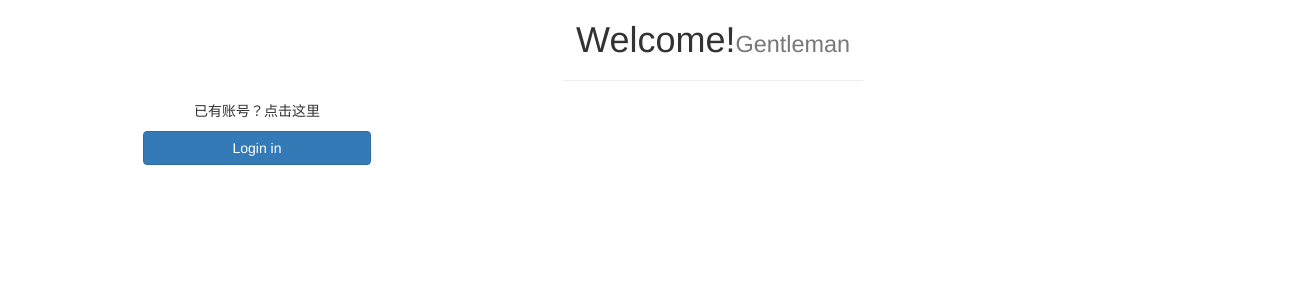
Repository: JasonBour/Beautypedia
Page: http://localhost/
The author's editor kept a copy of each file at every save. The page is drawn from the files as they stood at one save, then again after the next save.
The browser window is 1280 px wide. The page is 1298 px wide, so the pictures cover 1298 px, including what lies to the right of the window. The pictures show the whole page.
The page is run by PHP 8.4 with error messages shown; the project is at /var/www/html/.

Above is the page before, as saved 2015-09-13 12:29:25.

After the next save:
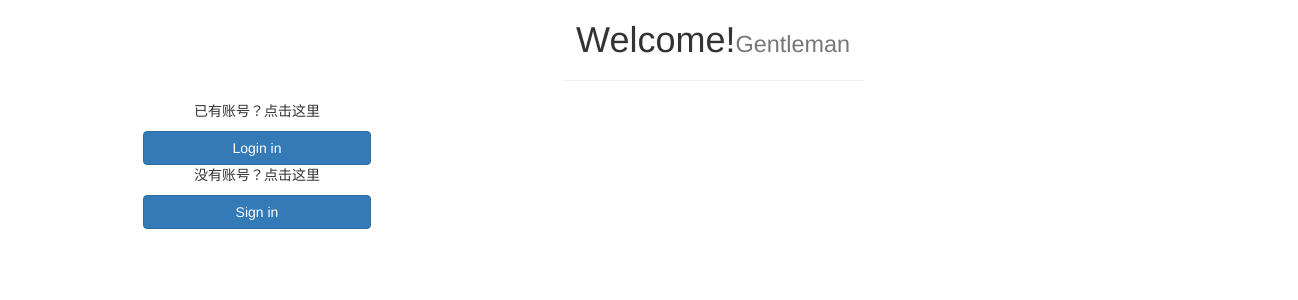
Saved 24 s later.
--- a/Beautypedia/index.php
+++ b/Beautypedia/index.php
@@ -21,7 +21,10 @@
 
   </div>
 
-  <div class="signin"></div>
+  <div class="signin">
+  <p>没有账号？点击这里</p>
+   <button type="button" class="btn btn-primary btn-block">Sign in</button>
+  </div>
 
  </div>
 
